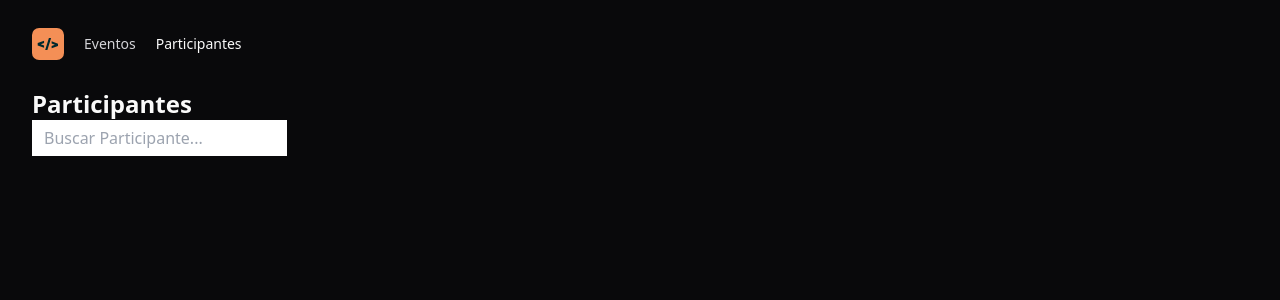
Repository: guilhermecardoso93/nlw-unite-react-2024
Page: /
An editor plug-in stored every save of this project. The page is shown before and after the next save, followed by the edit.
The browser window is 1280 px wide. The pictures show the whole page.
The project was rebuilt for these pictures with package versions that can differ from the ones it lists, and the page was loaded fresh each time. Also part of the build but not shown: vite.config.ts.

Above is the page before, as saved 2024-04-01 21:14:05.

After the next save:
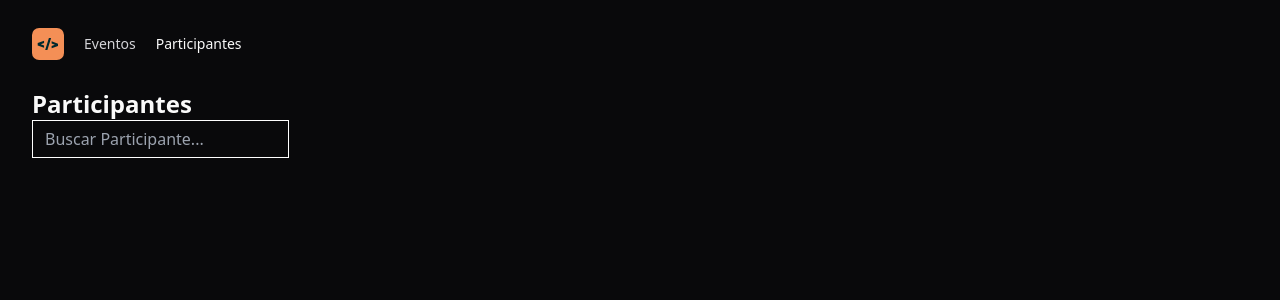
Saved 31 s later.
--- a/src/components/attendee-list.tsx
+++ b/src/components/attendee-list.tsx
@@ -2,7 +2,7 @@ export function AttendeeList() {
   return (
     <div>
       <h1 className="text-2xl font-bold">Participantes</h1>
-      <input placeholder="Buscar Participante..." className="px-3 py-1.5"/>
+      <input placeholder="Buscar Participante..." className="px-3 py-1.5 border border-white bg-transparent"/>
     </div>
   );
 }
